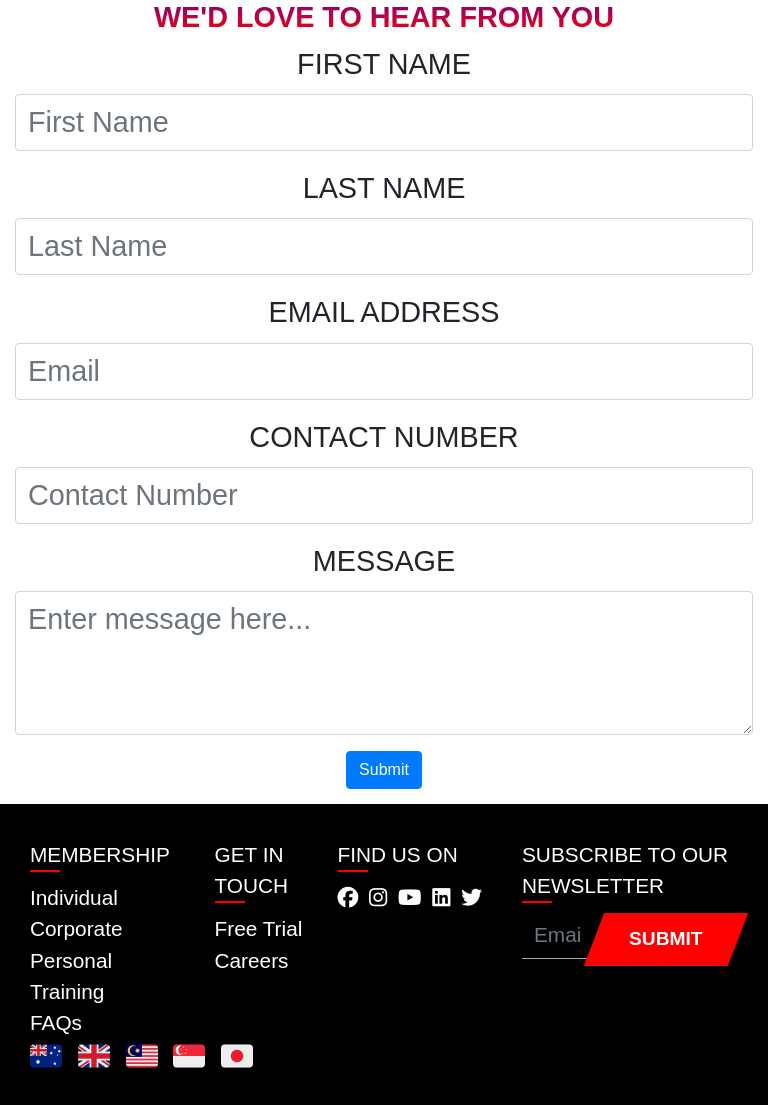
Repository: KJY93/User_Centric_Frontend_Development_Project
Page: contact.html
The author's editor kept a record of every edit. The page is drawn from the files as they stood at one moment, then again after the next edit.
The browser window is 768 px wide. The pictures show the part of the page from y = 513 to 1676 px (the page is 1618 px tall before and 1676 px after).
Some web fonts or font styles are not loaded; a fallback is used. Some web libraries are served in a nearby version.

Above is the page before.

After the next edit:
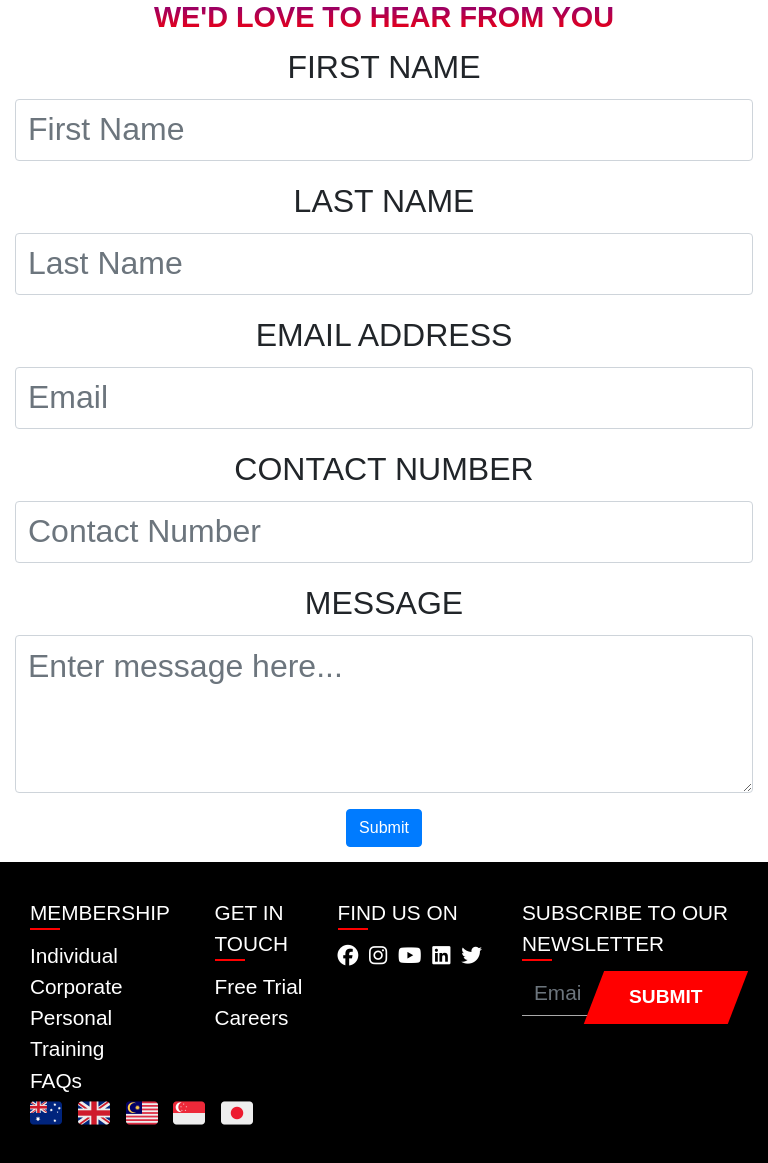
The edit:
--- a/static/styles.css
+++ b/static/styles.css
@@ -340,7 +340,7 @@
 	}
 
 	.form-attribute, .form-placeholder:placeholder-shown, textarea:placeholder-shown {
-	  font-size: 1.8em;
+	  font-size: 2.0em;
 	}
 }
 
